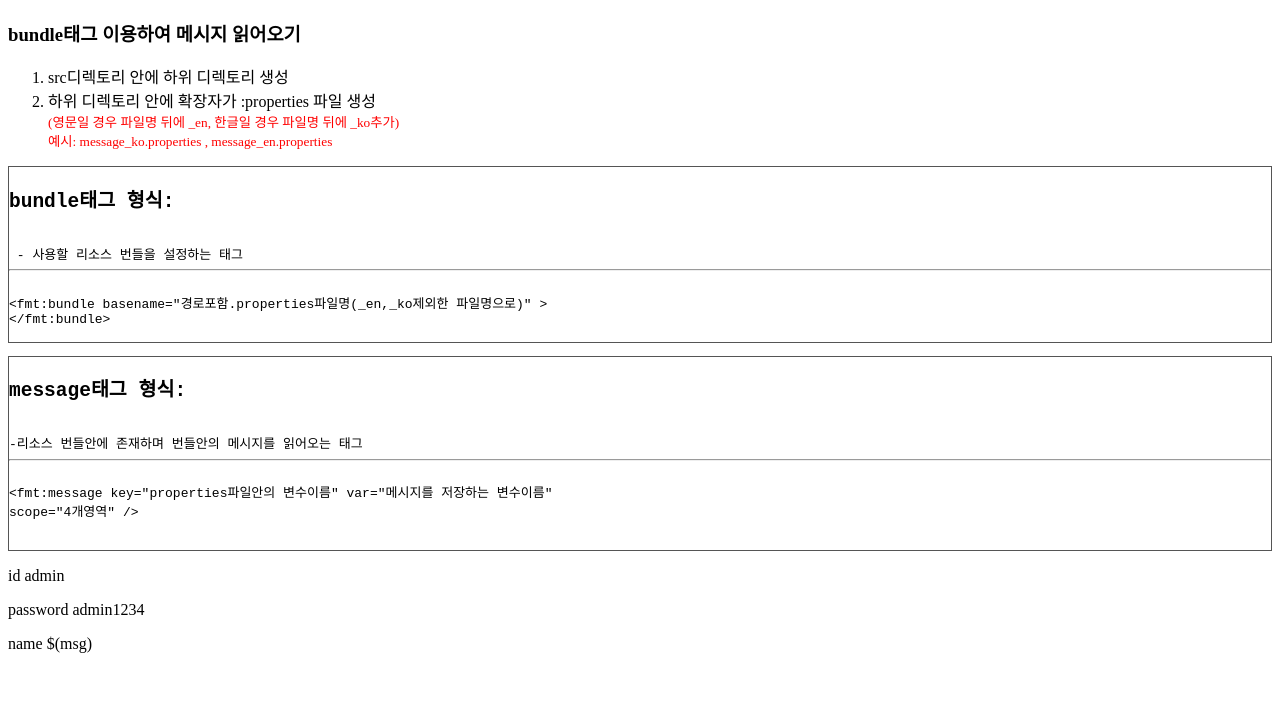
Repository: iwanttogohomenow/jspwork
Page: http://localhost/second/13_02_jstlfmt01.jsp
The author's editor kept a copy of each file at every save. The page is drawn from the files as they stood at one save, then again after the next save.
The browser window is 1280 px wide. The pictures show the whole page.
The page is served by Tomcat 9. Other server files are loaded and not shown.

Above is the page before, as saved 2023-03-09 01:11:13.

### second/src/main/webapp/13_02_jstlfmt01.jsp
<%@ page language="java" contentType="text/html; charset=UTF-8"
    pageEncoding="UTF-8"%>
    <%@ taglib prefix="fmt" uri="http://java.sun.com/jsp/jstl/fmt" %>
<!DOCTYPE html>
<html>
<head>
<meta charset="UTF-8">
<title>JSTL fmt태그</title>
</head>
<body>
<h3>bundle태그 이용하여 메시지 읽어오기</h3>
<ol>
<li>src디렉토리 안에 하위 디렉토리 생성</li>
<li>하위 디렉토리 안에 확장자가 :properties 파일 생성<br>
<small style="color:red">(영문일 경우 파일명 뒤에 _en, 한글일 경우 파일명 뒤에 _ko추가)</small><br>
<small style="color:red">예시: message_ko.properties , message_en.properties</small><br>
</li>


</ol>
<pre style="border:1px solid #555;">
<h2>bundle태그 형식: </h2>
<span> - 사용할 리소스 번들을 설정하는 태그</span><hr>
&lt;fmt:bundle basename="경로포함.properties파일명(_en,_ko제외한 파일명으로)" &gt;
&lt;/fmt:bundle&gt; <br>
</pre>

<pre style="border:1px solid #555;">
<h2>message태그 형식:</h2>
<span>-리소스 번들안에 존재하며 번들안의 메시지를 읽어오는 태그</span><hr>
&lt;fmt:message key="properties파일안의 변수이름" var="메시지를 저장하는 변수이름"
scope="4개영역" /&gt;<br>

</pre>

<fmt:bundle basename="com.member">
<p><fmt:message key="idKey" /> <fmt:message key="id"/></p>
<p><fmt:message key="passwordKey" /> <fmt:message key="password" /></p>
<p><fmt:message key="nameKey" /> <fmt:message key="name" var="msg" />$(msg)</p>
</fmt:bundle>
</body>
</html>

After the next save:
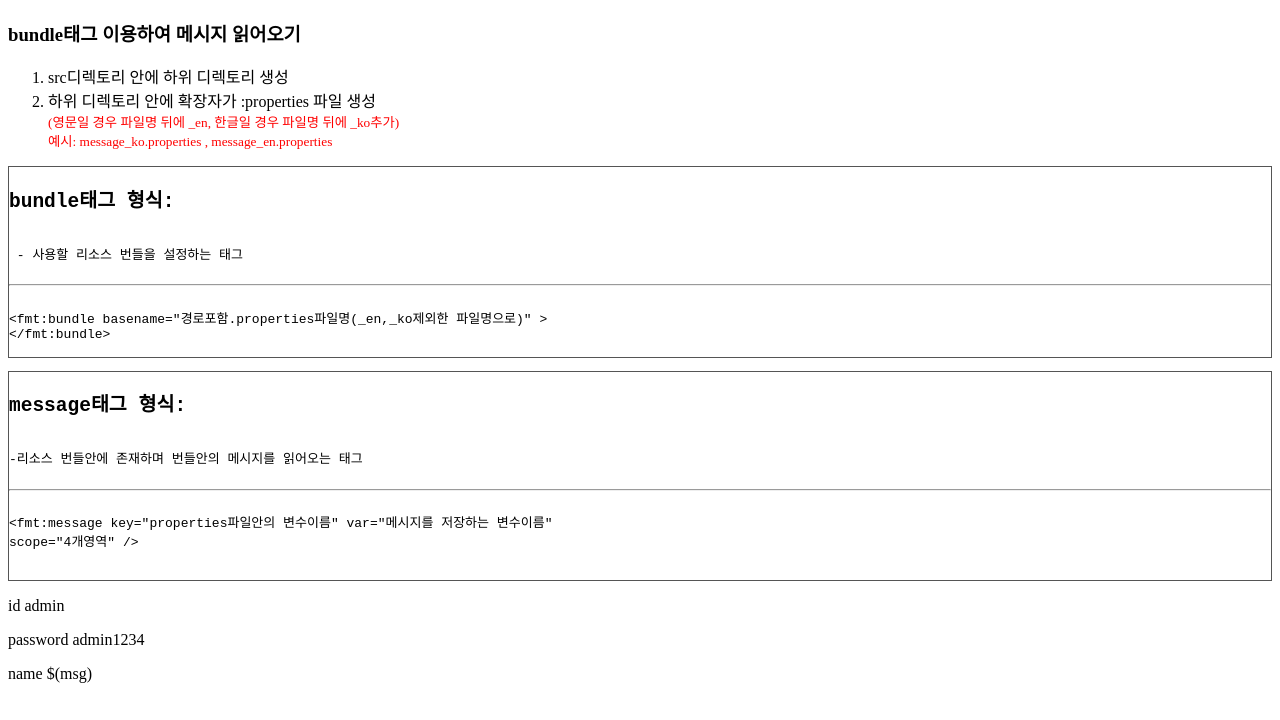
Saved 3 min 53 s later.
--- a/second/src/main/webapp/13_02_jstlfmt01.jsp
+++ b/second/src/main/webapp/13_02_jstlfmt01.jsp
@@ -1,6 +1,6 @@
 <%@ page language="java" contentType="text/html; charset=UTF-8"
-    pageEncoding="UTF-8"%>
-    <%@ taglib prefix="fmt" uri="http://java.sun.com/jsp/jstl/fmt" %>
+	pageEncoding="UTF-8"%>
+<%@ taglib prefix="fmt" uri="http://java.sun.com/jsp/jstl/fmt"%>
 <!DOCTYPE html>
 <html>
 <head>
@@ -8,35 +8,49 @@
 <title>JSTL fmt태그</title>
 </head>
 <body>
-<h3>bundle태그 이용하여 메시지 읽어오기</h3>
-<ol>
-<li>src디렉토리 안에 하위 디렉토리 생성</li>
-<li>하위 디렉토리 안에 확장자가 :properties 파일 생성<br>
-<small style="color:red">(영문일 경우 파일명 뒤에 _en, 한글일 경우 파일명 뒤에 _ko추가)</small><br>
-<small style="color:red">예시: message_ko.properties , message_en.properties</small><br>
-</li>
+	<h3>bundle태그 이용하여 메시지 읽어오기</h3>
+	<ol>
+		<li>src디렉토리 안에 하위 디렉토리 생성</li>
+		<li>하위 디렉토리 안에 확장자가 :properties 파일 생성<br> <small
+			style="color: red">(영문일 경우 파일명 뒤에 _en, 한글일 경우 파일명 뒤에 _ko추가)</small><br>
+			<small style="color: red">예시: message_ko.properties ,
+				message_en.properties</small><br>
+		</li>
 
 
-</ol>
-<pre style="border:1px solid #555;">
+	</ol>
+	<pre style="border: 1px solid #555;">
 <h2>bundle태그 형식: </h2>
-<span> - 사용할 리소스 번들을 설정하는 태그</span><hr>
+<span> - 사용할 리소스 번들을 설정하는 태그</span>
+		<hr>
 &lt;fmt:bundle basename="경로포함.properties파일명(_en,_ko제외한 파일명으로)" &gt;
 &lt;/fmt:bundle&gt; <br>
 </pre>
 
-<pre style="border:1px solid #555;">
+
+	<pre style="border: 1px solid #555;">
 <h2>message태그 형식:</h2>
-<span>-리소스 번들안에 존재하며 번들안의 메시지를 읽어오는 태그</span><hr>
+<span>-리소스 번들안에 존재하며 번들안의 메시지를 읽어오는 태그</span>
+		<hr>
 &lt;fmt:message key="properties파일안의 변수이름" var="메시지를 저장하는 변수이름"
 scope="4개영역" /&gt;<br>
 
 </pre>
 
-<fmt:bundle basename="com.member">
-<p><fmt:message key="idKey" /> <fmt:message key="id"/></p>
-<p><fmt:message key="passwordKey" /> <fmt:message key="password" /></p>
-<p><fmt:message key="nameKey" /> <fmt:message key="name" var="msg" />$(msg)</p>
-</fmt:bundle>
+	<fmt:bundle basename="com.member">
+		<p>
+			<fmt:message key="idKey" />
+			<fmt:message key="id" />
+		</p>
+		<p>
+			<fmt:message key="passwordKey" />
+			<fmt:message key="password" />
+		</p>
+		<p>
+			<fmt:message key="nameKey" />
+			<fmt:message key="name" var="msg" />
+			$(msg)
+		</p>
+	</fmt:bundle>
 </body>
 </html>
